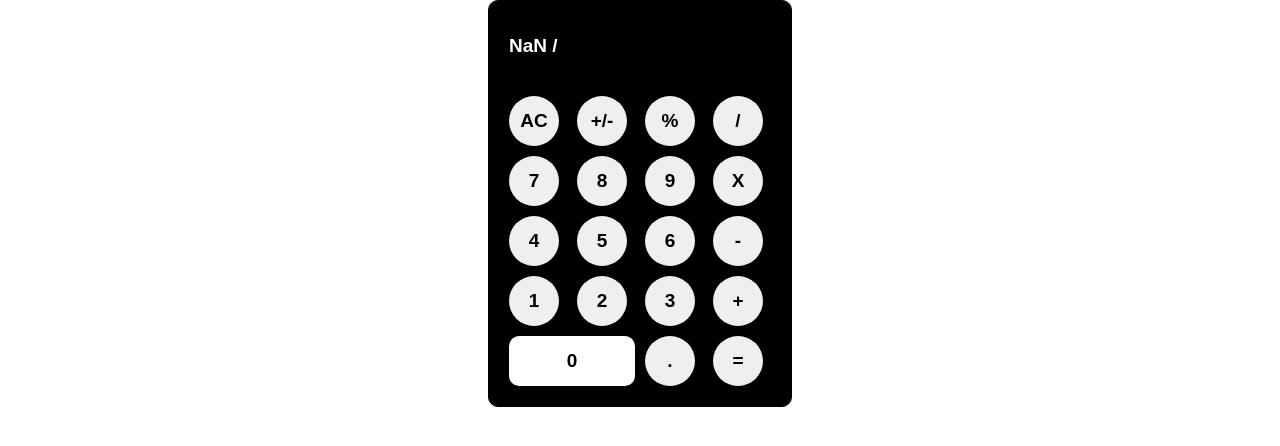
Repository: dmpelaez/calculator
Page: Calculator.html
An editor plug-in stored every save of this project. The page is shown before and after the next save, followed by the edit.
The browser window is 1280 px wide. The pictures show the whole page.
After loading, the first visible `button.divide` was clicked once.

Above is the page before, as saved 2025-12-15 21:54:51.

### Calculator.html
<!DOCTYPE html>

  <html>
    <head>

      <title>Calculator</title>

      <!--CSS-->
      <link rel="stylesheet" href="Calculator.css">

    </head>
    <body>
      <!--Container-->
      <main class="container">

        <!--Sections-->
        <section class="Section">

          <!--Input section-->
          <input class="inputSection" type="text" disabled>

          <!--Btns section-->
          <div class="btnSection">
            <button class="btn cancel">AC</button>
            <button class="btn signs">+/-</button>
            <button class="btn rmnder">%</button>
            <button class="btn divide" onclick="appendOperation(' / ')">/</button>
            <button class="btn seven" onclick="appendNumber('7')">7</button>
            <button class="btn eight" onclick="appendNumber('8')">8</button>
            <button class="btn nine" onclick="appendNumber('9')">9</button>
            <button class="btn times" onclick="appendOperation(' * ')">X</button>
            <button class="btn four" onclick="appendNumber('4')">4</button>
            <button class="btn five" onclick="appendNumber('5')">5</button>
            <button class="btn six" onclick="appendNumber('6')">6</button>
            <button class="btn minus"  onclick="appendOperation(' - ')">-</button>
            <button class="btn one" onclick="appendNumber('1')">1</button>
            <button class="btn two" onclick="appendNumber('2')">2</button>
            <button class="btn three" onclick="appendNumber('3')">3</button>
            <button class="btn plus"  onclick="appendOperation(' + ')">+</button>
            <button class="btn zero" onclick="appendNumber('0')">0</button>
            <button class="btn dot" onclick="appendNumber(' . ')" >.</button>
            <button class="btn equal" onclick="appendValue()">=</button>
          </div>
        </section>


      </main>

      <script src="Calculator.js"></script>
    </body>

  </html>

### Calculator.css
body {
  margin: 0;
  padding: 0;
  box-sizing: border-box;
  display: flex;
  align-items: center;
  justify-content: center;

}

.Section {
display: flex;
flex-direction: column;
border: 1px solid black;
border-radius: 10px;
gap: 20px;
background: black;
}
.inputSection {
  color: white;
  padding: 20px;
  padding-bottom: 0px;
  display: flex;
  justify-content: end;
  height: 50px;
  align-items: center;
  font-size: 19px;
  font-weight: bold;
  background: transparent;
  border: none;

}
.btnSection {
  display: grid;
  grid-template-columns: 1fr 1fr 1fr 1fr;
  padding: 20px;
  gap: 10px;
  padding-top: 5px;
}
.btn {
  border: none;
  height: 50px;
  width: 50px;
  border-radius: 50%;
  font-weight: bold;
  Font-size: 19px;
  cursor: pointer;
}
.equal {
  grid-column: 4
}
.dot {
  grid-column: 3
}
.zero {
  grid-row: 5;
  grid-column: 1 / 2 span;
  background: white;
  width: auto;
  border-radius: 10px;
}

### Calculator.js

let answer = 0;



function appendNumber(num) {
  answer += num;


   document.querySelector('.inputSection')
  .value = answer;

  return;
};

function appendOperation(sign) {
  document.querySelector('.inputSection')
  .value += sign;
}

function appendValue() {

  const result = eval(document.querySelector('.inputSection')
  .value);

  document.querySelector('.inputSection')
  .value = Number(result);

};

appendValue();





document.querySelector('.cancel')
.addEventListener('click', () => {

  document.querySelector('.inputSection')
  .value = '';

})

After the next save:
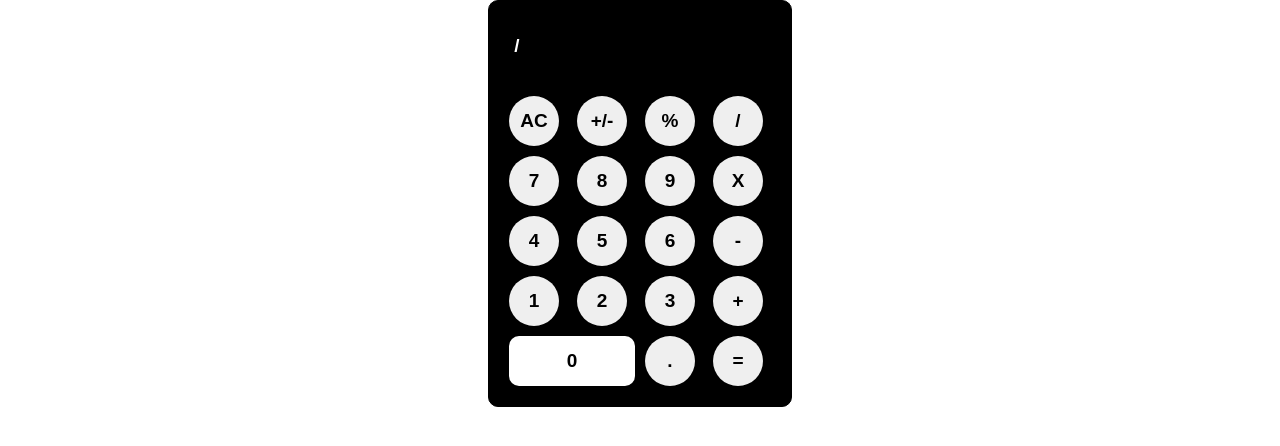
Saved 40 s later.
--- a/Calculator.js
+++ b/Calculator.js
@@ -15,7 +15,7 @@ function appendNumber(num) {
 
 function appendOperation(sign) {
   document.querySelector('.inputSection')
-  .value += sign;
+  .value = sign;
 }
 
 function appendValue() {

After the save that followed:
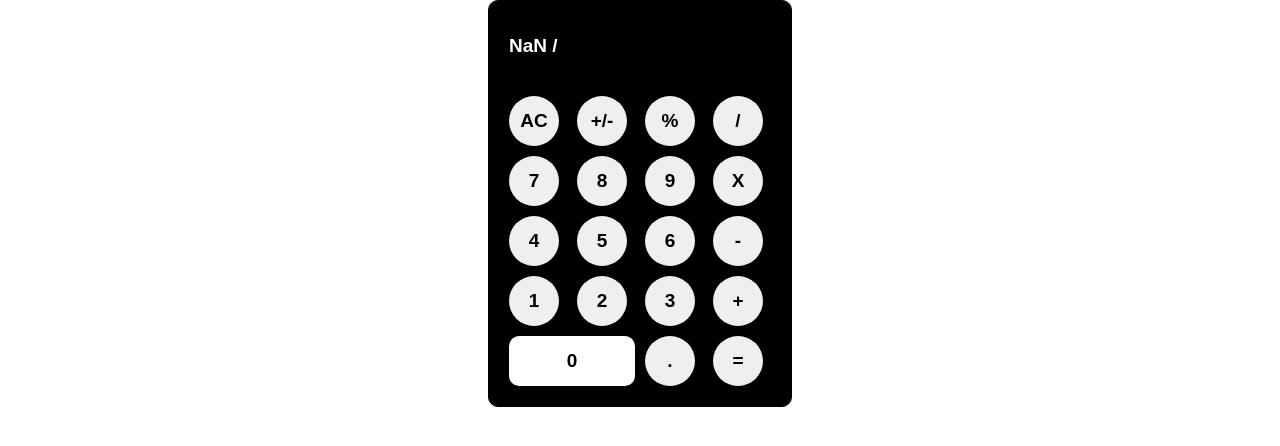
Saved 15 s later.
--- a/Calculator.js
+++ b/Calculator.js
@@ -8,14 +8,14 @@ function appendNumber(num) {
 
 
    document.querySelector('.inputSection')
-  .value = answer;
+  .value += answer;
 
   return;
 };
 
 function appendOperation(sign) {
   document.querySelector('.inputSection')
-  .value = sign;
+  .value += sign;
 }
 
 function appendValue() {
